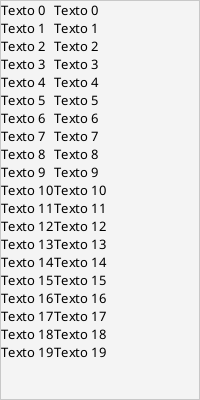
Repository: anxoportela/PROG
Program's window: java Java_Interfaz/ProyectoJavaFX/src/com/acarballeira/javaFX/ejemplo5/App.java
An editor plug-in stored every save of this project. The program's window is shown before and after the next save, followed by the edit.
It runs on Java 21 on a 1366 x 768 screen with JavaFX 11; the title bar is not drawn.

Above is the program's window before, as saved 2020-03-04 20:23:53.

After the next save:
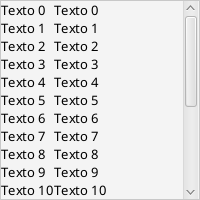
Saved 12 s later.
--- a/Java_Interfaz/ProyectoJavaFX/src/com/acarballeira/javaFX/ejemplo5/App.java
+++ b/Java_Interfaz/ProyectoJavaFX/src/com/acarballeira/javaFX/ejemplo5/App.java
@@ -38,7 +38,7 @@
 
 	 ScrollPane sp = new ScrollPane(hbox);
 
-	 Scene primaryScene = new Scene(sp, 200, 400);
+	 Scene primaryScene = new Scene(sp, 200, 200);
 	 primaryStage.setScene(primaryScene);
 	 primaryStage.show();
 
